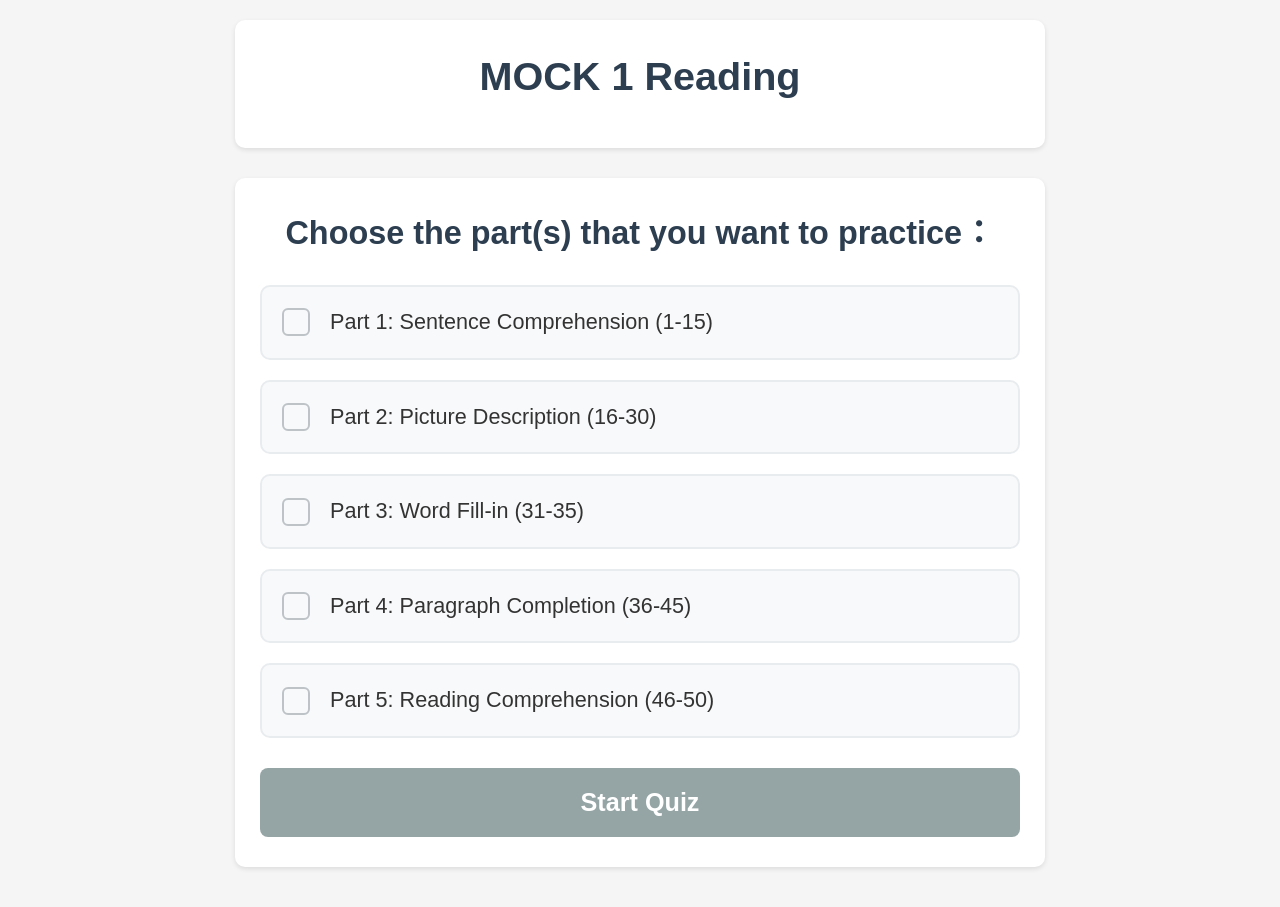
Repository: fangdongyzu/tocfl-mock1-reading
Page: index.html
The author's editor kept a copy of each file at every save. The page is drawn from the files as they stood at one save, then again after a run of saves.
The browser window is 1280 px wide. The pictures show the whole page.

Above is the page before, as saved 2025-12-25 23:18:37.

### index.html
<!DOCTYPE html>
<html lang="zh-TW">

<head>
  <meta charset="UTF-8">
  <meta name="viewport" content="width=device-width, initial-scale=1.0">
  <title>MOCK 1 Reading</title>
  <link rel="stylesheet" href="style.css">
</head>

<body>
  <div class="container">
    <header>
      <h1>MOCK 1 Reading</h1>
    </header>

    <div class="part-selection">
      <h2>Choose the part(s) that you want to practice：</h2>
      <div class="part-checkboxes">
        <label class="part-checkbox">
          <input type="checkbox" data-part="1">
          <span class="checkmark"></span>
          Part 1: Sentence Comprehension (1-15)
        </label>
        <label class="part-checkbox">
          <input type="checkbox" data-part="2">
          <span class="checkmark"></span>
          Part 2: Picture Description (16-30)
        </label>
        <label class="part-checkbox">
          <input type="checkbox" data-part="3">
          <span class="checkmark"></span>
          Part 3: Word Fill-in (31-35)
        </label>
        <label class="part-checkbox">
          <input type="checkbox" data-part="4">
          <span class="checkmark"></span>
          Part 4: Paragraph Completion (36-45)
        </label>
        <label class="part-checkbox">
          <input type="checkbox" data-part="5">
          <span class="checkmark"></span>
          Part 5: Reading Comprehension (46-50)
        </label>
      </div>
      <button id="start-quiz-btn" class="start-btn">Start Quiz</button>
    </div>

    <div id="quiz-container" class="quiz-container hidden">
      <div class="quiz-header">
        <h2 id="part-title">Quiz in Progress</h2>

        <div class="selected-parts" id="selected-parts">
          <!-- Selected parts will be shown here -->
        </div>
      </div>

      <div id="question-container">
        <!-- Questions will be dynamically inserted here -->
      </div>

      <div class="navigation">
        <button id="prev-btn" class="nav-btn" style="display: none;">Previous Part</button>
        <button id="next-btn" class="nav-btn" style="display: none;">Next Part</button>
        <button id="submit-btn" class="submit-btn" style="display: none;">Submit Answers</button>
      </div>
    </div>

    <div id="results-container" class="results-container hidden">
      <h2>Quiz Results</h2>
      <div class="score">
        <p>Score: <span id="score">0</span> / <span id="total">0</span></p>
        <p>Accuracy: <span id="percentage">0</span>%</p>
      </div>
      <div class="part-breakdown" id="part-breakdown">
        <!-- Part breakdown will be shown here -->
      </div>
      <div id="results-details" class="results-details">
        <!-- Results will be dynamically inserted here -->
      </div>
      <button id="restart-btn" class="restart-btn">Restart</button>
    </div>
  </div>

  <script src="quizData.js"></script>
  <script src="script.js"></script>
</body>

</html>

### style.css
* {
    margin: 0;
    padding: 0;
    box-sizing: border-box;
}

body {
    font-family: 'Microsoft JhengHei', '微軟正黑體', Arial, sans-serif;
    line-height: 1.6;
    color: #333;
    background-color: #f5f5f5;
    font-size: 18px;
}

.container {
    max-width: 850px;
    margin: 0 auto;
    padding: 20px;
}

header {
    text-align: center;
    margin-bottom: 30px;
    background: white;
    padding: 25px 20px;
    border-radius: 10px;
    box-shadow: 0 2px 5px rgba(0,0,0,0.1);
}

header h1 {
    color: #2c3e50;
    margin-bottom: 15px;
    font-size: 2.2em;
}

header p {
    color: #7f8c8d;
    font-size: 1.3em;
}

.part-selection {
    background: white;
    padding: 30px 25px;
    border-radius: 10px;
    box-shadow: 0 2px 5px rgba(0,0,0,0.1);
    margin-bottom: 20px;
}

.part-selection h2 {
    text-align: center;
    margin-bottom: 25px;
    color: #2c3e50;
    font-size: 1.8em;
}

.part-checkboxes {
    display: flex;
    flex-direction: column;
    gap: 20px;
    margin-bottom: 30px;
}

.part-checkbox {
    display: flex;
    align-items: center;
    padding: 18px 20px;
    background: #f8f9fa;
    border: 2px solid #e9ecef;
    border-radius: 10px;
    cursor: pointer;
    transition: all 0.3s;
    font-size: 1.2em;
    min-height: 70px;
}

.part-checkbox:hover {
    background: #e9ecef;
    border-color: #3498db;
}

.part-checkbox input[type="checkbox"] {
    display: none;
}

.checkmark {
    width: 28px;
    height: 28px;
    border: 2px solid #bdc3c7;
    border-radius: 6px;
    margin-right: 20px;
    position: relative;
    transition: all 0.3s;
}

.part-checkbox input[type="checkbox"]:checked + .checkmark {
    background: #3498db;
    border-color: #3498db;
}

.part-checkbox input[type="checkbox"]:checked + .checkmark::after {
    content: '✓';
    position: absolute;
    color: white;
    font-size: 18px;
    font-weight: bold;
    top: 50%;
    left: 50%;
    transform: translate(-50%, -50%);
}

.part-checkbox input[type="checkbox"]:checked ~ span:last-child {
    font-weight: bold;
    color: #2c3e50;
}

.start-btn {
    width: 100%;
    padding: 20px;
    background: #27ae60;
    color: white;
    border: none;
    border-radius: 8px;
    cursor: pointer;
    font-size: 1.4em;
    font-weight: bold;
    transition: background 0.3s;
    min-height: 60px;
}

.start-btn:hover {
    background: #229954;
}

.start-btn:disabled {
    background: #95a5a6;
    cursor: not-allowed;
}

.hidden {
    display: none;
}

.quiz-container {
    background: white;
    padding: 25px;
    border-radius: 10px;
    box-shadow: 0 2px 5px rgba(0,0,0,0.1);
}

.quiz-header {
    margin-bottom: 25px;
    padding-bottom: 20px;
    border-bottom: 2px solid #ecf0f1;
}

#part-title {
    color: #2c3e50;
    margin-bottom: 15px;
    font-size: 1.8em;
}

.part-header {
    background: #34495e;
    color: white;
    padding: 20px;
    border-radius: 10px;
    margin-bottom: 25px;
    text-align: center;
    font-size: 1.6em;
    font-weight: bold;
}

/* Question Layout */
.question-item {
    margin-bottom: 25px;
    padding: 25px;
    border: 1px solid #e1e8ed;
    border-radius: 10px;
    background: white;
    box-shadow: 0 1px 3px rgba(0,0,0,0.1);
}

.question-text {
    font-size: 1.3em;
    margin-bottom: 20px;
    font-weight: bold;
    color: #2c3e50;
    line-height: 1.6;
}

.question-meta {
    font-size: 1.1em;
    color: #7f8c8d;
    margin-bottom: 15px;
    padding: 8px 15px;
    background: #ecf0f1;
    border-radius: 6px;
    display: inline-block;
}

.question-image {
    text-align: center;
    margin: 15px 0;
    background: #f8f9fa;
    padding: 12px;
    border-radius: 8px;
    border: 1px solid #e9ecef;
}

.question-image img {
    width: 100%;
    max-width: 765px;
    height: 510px;
    object-fit: contain;
    background: white;
    border: 2px solid #bdc3c7;
    border-radius: 8px;
    display: block;
    margin: 0 auto;
    box-shadow: 0 2px 8px rgba(0,0,0,0.1);
}

/* Options Styling */
.options {
    display: grid;
    gap: 12px;
    margin-top: 20px;
}

.option {
    display: flex;
    align-items: center;
    padding: 18px 20px;
    background: white;
    border: 2px solid #bdc3c7;
    border-radius: 8px;
    cursor: pointer;
    transition: all 0.3s;
    min-height: 60px;
}

.option:hover {
    background: #ecf0f1;
    border-color: #3498db;
}

.option.selected {
    background: #3498db;
    color: white;
    border-color: #2980b9;
}

.option.correct {
    background: #27ae60;
    color: white;
    border-color: #229954;
}

.option.incorrect {
    background: #e74c3c;
    color: white;
    border-color: #c0392b;
}

.option-text {
    flex: 1;
    font-size: 1.2em;
}

/* Navigation */
.navigation {
    display: flex;
    justify-content: space-between;
    margin-top: 25px;
    padding-top: 20px;
    border-top: 2px solid #ecf0f1;
    gap: 15px;
    flex-wrap: wrap; /* Added to handle multiple buttons on results screen */
}

.nav-btn, .submit-btn, .restart-btn, .home-btn {
    padding: 18px 25px;
    border: none;
    border-radius: 8px;
    cursor: pointer;
    font-size: 1.2em;
    transition: background 0.3s;
    min-width: 140px;
    min-height: 55px;
    flex-grow: 1; /* Make buttons expand evenly */
}

.nav-btn {
    background: #95a5a6;
    color: white;
}

.nav-btn:hover {
    background: #7f8c8d;
}

.nav-btn:disabled {
    background: #bdc3c7;
    cursor: not-allowed;
}

.submit-btn, .restart-btn {
    background: #e67e22;
    color: white;
}

.submit-btn:hover, .restart-btn:hover {
    background: #d35400;
}

/* NEW BUTTON STYLE */
.home-btn {
    background: #3498db;
    color: white;
}

.home-btn:hover {
    background: #2980b9;
}

/* Results */
.results-container {
    background: white;
    padding: 30px 25px;
    border-radius: 10px;
    box-shadow: 0 2px 5px rgba(0,0,0,0.1);
    text-align: center;
}

.score {
    margin-bottom: 35px;
    padding: 25px;
    background: #ecf0f1;
    border-radius: 10px;
}

.score p {
    font-size: 1.4em;
    margin: 15px 0;
}

#score {
    font-size: 2.2em;
    font-weight: bold;
    color: #27ae60;
}

#percentage {
    font-weight: bold;
    color: #e67e22;
    font-size: 1.4em;
}

.part-breakdown {
    margin-bottom: 25px;
    padding: 20px;
    background: #f8f9fa;
    border-radius: 10px;
    text-align: left;
}

.breakdown-item {
    margin: 15px 0;
    padding: 15px;
    border-left: 4px solid #3498db;
    background: white;
}

.breakdown-item h4 {
    color: #2c3e50;
    margin-bottom: 8px;
    font-size: 1.3em;
}

.breakdown-item div {
    font-size: 1.1em;
}

.results-details {
    text-align: left;
    margin-bottom: 25px;
}

.result-item {
    padding: 20px;
    margin: 15px 0;
    border-radius: 8px;
    border-left: 4px solid #bdc3c7;
}

.result-item.correct {
    background: #d5f4e6;
    border-left-color: #27ae60;
}

.result-item.incorrect {
    background: #fadbd8;
    border-left-color: #e74c3c;
}

.result-item.unanswered {
    background: #f4f6f6;
    border-left-color: #95a5a6;
}

.result-question {
    font-weight: bold;
    margin-bottom: 8px;
    font-size: 1.2em;
}

.result-answer {
    font-size: 1.1em;
    color: #7f8c8d;
}

/* Responsive Design for Mobile */
@media (max-width: 768px) {
    body {
        font-size: 16px;
    }

    .container {
        padding: 15px;
        max-width: 100%;
    }

    header {
        padding: 20px 15px;
        margin-bottom: 20px;
    }

    header h1 {
        font-size: 1.8em;
    }

    header p {
        font-size: 1.1em;
    }

    .part-selection, .quiz-container, .results-container {
        padding: 20px 15px;
    }

    .part-selection h2 {
        font-size: 1.5em;
    }

    .part-checkbox {
        padding: 15px;
        font-size: 1.1em;
        min-height: 60px;
    }

    .checkmark {
        width: 24px;
        height: 24px;
        margin-right: 15px;
    }

    .start-btn {
        padding: 18px;
        font-size: 1.2em;
        min-height: 55px;
    }

    .question-item {
        padding: 20px 15px;
    }

    .question-text {
        font-size: 1.2em;
    }

    .question-image {
        padding: 10px;
        margin: 12px 0;
    }

    .question-image img {
        height: 255px;
        max-height: 255px;
        max-width: 100%;
    }

    .option {
        padding: 15px;
        min-height: 55px;
    }

    .option-text {
        font-size: 1.1em;
    }

    .navigation {
        flex-direction: column;
        margin-top: 20px;
        padding-top: 20px;
    }

    .nav-btn, .submit-btn, .restart-btn, .home-btn {
        width: 100%;
        margin-bottom: 10px;
        font-size: 1.1em;
        min-height: 50px;
    }

    #part-title {
        font-size: 1.5em;
    }

    .part-header {
        font-size: 1.3em;
        padding: 15px;
    }

    .score p {
        font-size: 1.2em;
    }

    #score {
        font-size: 1.8em;
    }
}

@media (max-width: 480px) {
    body {
        font-size: 15px;
    }

    .container {
        padding: 10px;
    }

    header {
        padding: 15px 10px;
    }

    header h1 {
        font-size: 1.6em;
    }

    .part-selection, .quiz-container, .results-container {
        padding: 15px 10px;
    }

    .question-text {
        font-size: 1.1em;
    }

    .question-image img {
        height: 191px;
        max-height: 191px;
    }

    .option {
        padding: 12px;
        min-height: 50px;
    }

    .option-text {
        font-size: 1em;
    }
}

/* Special styling for Part 3 shared images */
.question-image.part3-image img {
    max-width: 892px;
    height: 573px;
}

@media (max-width: 768px) {
    .question-image.part3-image img {
        height: 319px;
        max-height: 319px;
    }
}

@media (max-width: 480px) {
    .question-image.part3-image img {
        height: 223px;
        max-height: 223px;
    }
}

/* Shared Context Containers */
.context-container {
    background: white;
    padding: 25px;
    margin-bottom: 25px;
    border: 1px solid #e1e8ed;
    border-radius: 10px;
    box-shadow: 0 1px 3px rgba(0,0,0,0.1);
    text-align: center;
}

.context-container img {
    display: block;
    max-width: 100%;
    height: auto;
    margin: 0 auto;
    border-radius: 5px;
    border: 1px solid #e9ecef;
}

.reading-passage {
    font-size: 1.35em;
    line-height: 1.8;
    color: #2c3e50;
    font-weight: 500;
    text-align: justify;
    padding: 10px;
}

@media (max-width: 768px) {
    .reading-passage {
        font-size: 1.2em;
        text-align: left;
    }
}

Loaded but not shown: script.js (344 lines, source omitted); quizData.js (461 lines, source omitted)

After the next 5 saves:
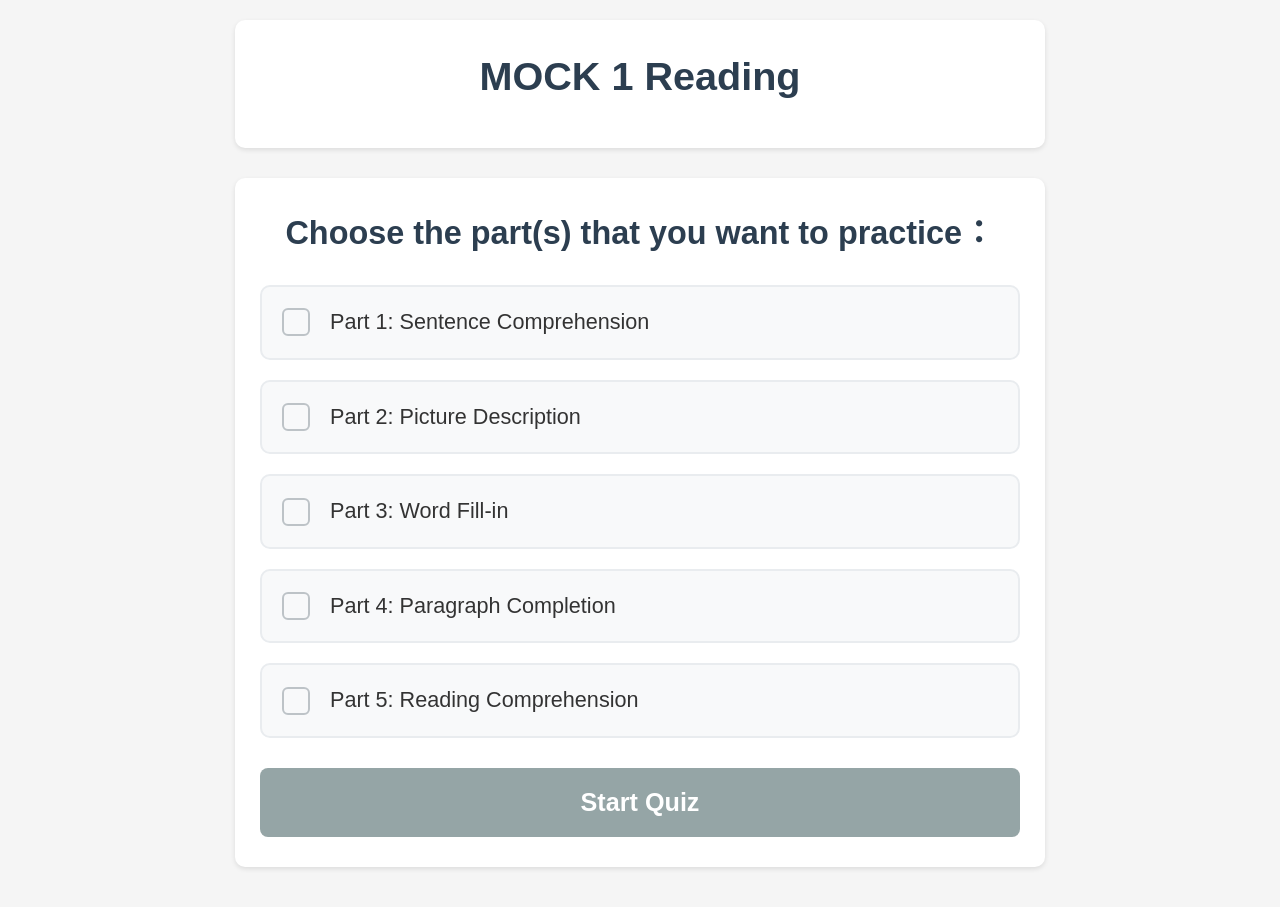
The 5 saves are shown as one change because they came seconds apart.
The last was saved 50 s later.
--- a/index.html
+++ b/index.html
@@ -20,27 +20,27 @@
         <label class="part-checkbox">
           <input type="checkbox" data-part="1">
           <span class="checkmark"></span>
-          Part 1: Sentence Comprehension (1-15)
+          Part 1: Sentence Comprehension
         </label>
         <label class="part-checkbox">
           <input type="checkbox" data-part="2">
           <span class="checkmark"></span>
-          Part 2: Picture Description (16-30)
+          Part 2: Picture Description
         </label>
         <label class="part-checkbox">
           <input type="checkbox" data-part="3">
           <span class="checkmark"></span>
-          Part 3: Word Fill-in (31-35)
+          Part 3: Word Fill-in
         </label>
         <label class="part-checkbox">
           <input type="checkbox" data-part="4">
           <span class="checkmark"></span>
-          Part 4: Paragraph Completion (36-45)
+          Part 4: Paragraph Completion
         </label>
         <label class="part-checkbox">
           <input type="checkbox" data-part="5">
           <span class="checkmark"></span>
-          Part 5: Reading Comprehension (46-50)
+          Part 5: Reading Comprehension
         </label>
       </div>
       <button id="start-quiz-btn" class="start-btn">Start Quiz</button>
